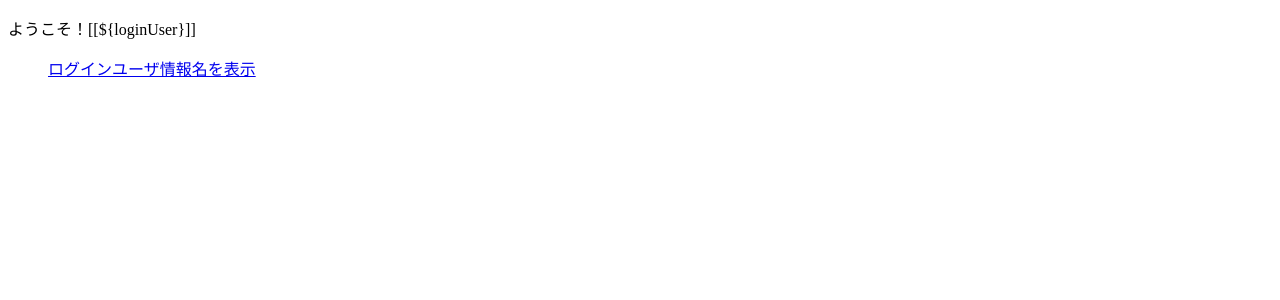
Repository: e1b21074/field_arena
Page: .log/field_arena/src/main/resources/templates/gamearea.html
These files come from the project's save history. The page is drawn as it stood at one moment and after the next save; the edit follows.
The browser window is 1280 px wide. The pictures show the whole page.

Above is the page before, as saved 2023-11-03 20:04:10.

### .log/field_arena/src/main/resources/templates/gamearea.html
<!DOCTYPE html>
<html lang="en">
<head>
    <meta charset="UTF-8">
    <meta name="viewport" content="width=device-width, initial-scale=1.0">
    <title>カードゲーム</title>
</head>
<body>
    <p>ようこそ！[[${loginUser}]]</p>
    <ul>
        <a href="logininfo">ログインユーザ情報名を表示</a>
    </ul>
</body>
</html>

After the next save:
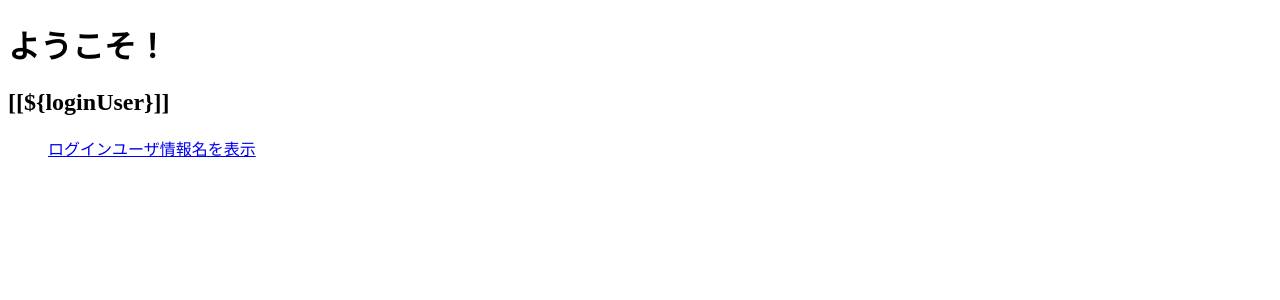
Saved 8 min 2 s later.
--- a/.log/field_arena/src/main/resources/templates/gamearea.html
+++ b/.log/field_arena/src/main/resources/templates/gamearea.html
@@ -6,7 +6,8 @@
     <title>カードゲーム</title>
 </head>
 <body>
-    <p>ようこそ！[[${loginUser}]]</p>
+    <h1>ようこそ！</h1>
+    <h2>[[${loginUser}]]</h2>
     <ul>
         <a href="logininfo">ログインユーザ情報名を表示</a>
     </ul>
